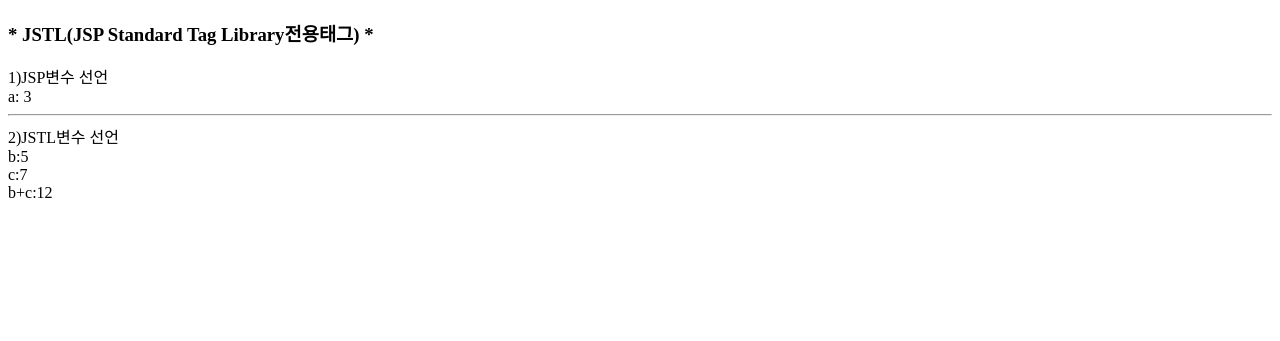
Repository: wlsgml0156/basicJava
Page: http://localhost/mvcTest/jstl/jstlTest1.jsp
An editor plug-in stored every save of this project. The page is shown before and after the next save, followed by the edit.
The browser window is 1280 px wide. The pictures show the whole page.
The page is served by Tomcat 9.

Above is the page before, as saved 2020-01-30 03:05:26.

After the next save:
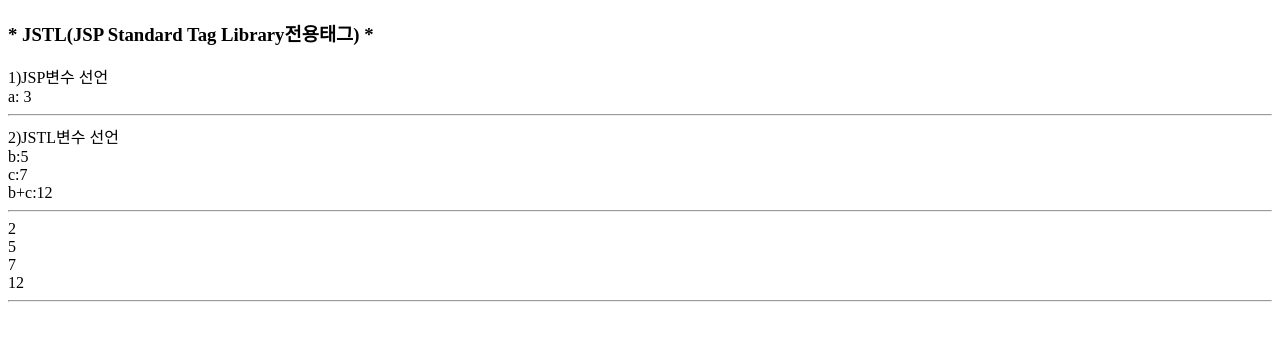
Saved 5 min 26 s later.
--- a/mvcTest/WebContent/jstl/jstlTest1.jsp
+++ b/mvcTest/WebContent/jstl/jstlTest1.jsp
@@ -23,6 +23,14 @@
   b:${b}<br>
   c:${c}<br>
   b+c:${b+c}<br>
+  <hr>
+
+  <c:out value="2"></c:out> <br>
+  <c:out value="${b}"></c:out> <br>
+  <c:out value="${c}"></c:out> <br>
+  <c:out value="${b+c}"></c:out> <br>
+  <hr>
+
 
 
 
